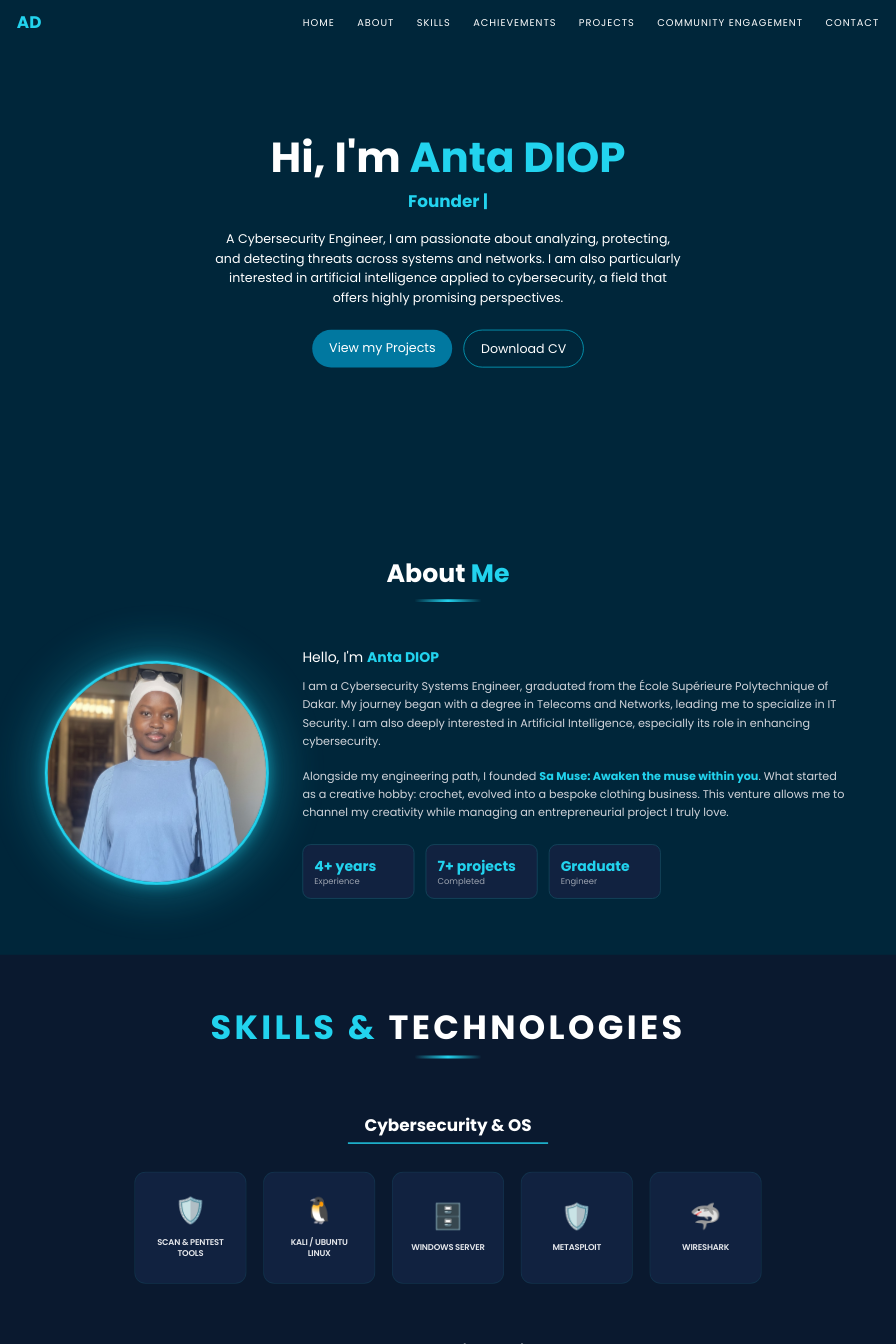
Repository: AntaaaKD/Mon-Portfolio
Page: /
The author's editor kept a copy of each file at every save. The page is drawn from the files as they stood at one save, then again after a run of saves.
The browser window is 1280 px wide. The pictures show the part of the page from y = 0 to 1920 px (the page is 8584 px tall), at 70% of full size.
The project was rebuilt for these pictures with package versions that can differ from the ones it lists, and the page was loaded fresh each time.

Above is the page before, as saved 2026-01-15 10:52:35.

### public/index.html
<!DOCTYPE html>
<html lang="en">
  <link href="https://fonts.googleapis.com/css2?family=Poppins:wght@400;600;700&display=swap" rel="stylesheet">
  <head>
    <meta charset="utf-8" />
    <link rel="icon" href="%PUBLIC_URL%/favicon.ico" />
    <meta name="viewport" content="width=device-width, initial-scale=1" />
    <meta name="theme-color" content="#000000" />
    <meta
      name="description"
      content="Web site created using create-react-app"
    />
    <link rel="apple-touch-icon" href="%PUBLIC_URL%/logo192.png" />
    <!--
      manifest.json provides metadata used when your web app is installed on a
      user's mobile device or desktop. See https://developers.google.com/web/fundamentals/web-app-manifest/
    -->
    <link rel="manifest" href="%PUBLIC_URL%/manifest.json" />
    <!--
      Notice the use of %PUBLIC_URL% in the tags above.
      It will be replaced with the URL of the `public` folder during the build.
      Only files inside the `public` folder can be referenced from the HTML.

      Unlike "/favicon.ico" or "favicon.ico", "%PUBLIC_URL%/favicon.ico" will
      work correctly both with client-side routing and a non-root public URL.
      Learn how to configure a non-root public URL by running `npm run build`.
    -->
    <title>React App</title>
  </head>
  <body>
    <noscript>You need to enable JavaScript to run this app.</noscript>
    <div id="root"></div>
    <!--
      This HTML file is a template.
      If you open it directly in the browser, you will see an empty page.

      You can add webfonts, meta tags, or analytics to this file.
      The build step will place the bundled scripts into the <body> tag.

      To begin the development, run `npm start` or `yarn start`.
      To create a production bundle, use `npm run build` or `yarn build`.
    -->
  </body>
</html>

### src/index.css
@tailwind base;
@tailwind components;
@tailwind utilities;

body {
  margin: 0;
  font-family: 'Poppins', sans-serif;
  -webkit-font-smoothing: antialiased;
  -moz-osx-font-smoothing: grayscale;
}

code {
  font-family: source-code-pro, Menlo, Monaco, Consolas, 'Courier New',
    monospace;
}

### src/components/Navbar.jsx
import React, { useState, useEffect } from 'react';
import { Menu, X } from 'lucide-react';

const Navbar = () => {
  const [isScrolled, setIsScrolled] = useState(false);
  const [isOpen, setIsOpen] = useState(false);

  // Détecter le défilement pour changer l'apparence
  useEffect(() => {
    const handleScroll = () => {
      if (window.scrollY > 100) {
        setIsScrolled(true);
      } else {
        setIsScrolled(false);
      }
    };
    window.addEventListener('scroll', handleScroll);
    return () => window.removeEventListener('scroll', handleScroll);
  }, []);

  const navLinks = [
    { name: "Home", href: "#home" },
    { name: "About", href: "#about" },
    { name: "Skills", href: "#skills" },
    { name: "Achievements", href: "#achievements" },
    { name: "Projects", href: "#projects" },
    { name: "Community Engagement", href: "#community" },
    { name: "Contact", href: "#contact" },
  ];

  return (
    <>
      {/* 1. NAVBAR CLASSIQUE (Visible en haut de page) */}
      <nav className={`fixed top-0 w-full z-50 transition-all duration-500 px-6 py-4 ${
        isScrolled ? 'opacity-0 -translate-y-full pointer-events-none' : 'opacity-100 translate-y-0 bg-transparent'
      }`}>
        <div className="max-w-7xl mx-auto flex justify-between items-center">
          <div className="text-2xl font-black text-cyan-400">AD</div>
          <div className="hidden md:flex gap-8">
            {navLinks.map((link) => (
              <a key={link.name} href={link.href} className="text-sm font-medium hover:text-cyan-400 transition-colors uppercase tracking-widest">
                {link.name}
              </a>
            ))}
          </div>
        </div>
      </nav>

      {/* 2. ICONE MENU FLOTTANT (Apparaît au scroll) */}
      <div className={`fixed top-6 right-6 z-[60] transition-all duration-500 ${
        isScrolled ? 'scale-100 opacity-100' : 'scale-0 opacity-0'
      }`}>
        <button
          onClick={() => setIsOpen(!isOpen)}
          className="w-14 h-14 bg-cyan-500 text-[#0a192f] rounded-full flex items-center justify-center shadow-[0_0_20px_rgba(34,211,238,0.5)] hover:bg-white transition-all active:scale-90"
        >
          {isOpen ? <X size={28} /> : <Menu size={28} />}
        </button>
      </div>

      {/* 3. MENU OVERLAY (Plein écran quand on clique sur l'icône) */}
      <div className={`fixed inset-0 z-[55] bg-[#0a192f]/fb backdrop-blur-xl transition-all duration-500 ${
        isOpen ? 'translate-x-0' : 'translate-x-full'
      }`}>
        <div className="h-full flex flex-col items-center justify-center gap-8">
          {navLinks.map((link) => (
            <a
              key={link.name}
              href={link.href}
              onClick={() => setIsOpen(false)}
              className="text-3xl font-bold text-white hover:text-cyan-400 transition-colors uppercase tracking-tighter"
            >
              {link.name}
            </a>
          ))}
        </div>
      </div>
    </>
  );
};

export default Navbar;

### src/components/Home.jsx
import React, { useEffect, useRef } from 'react';
import Typed from 'typed.js';

const Home = () => {
  // Création d'une référence pour l'élément qui accueillera l'animation
  const el = useRef(null);

  useEffect(() => {
    const typed = new Typed(el.current, {
      strings: [
        "Cybersecurity Engineer",
        "Founder of Sa Muse",
      ],
      typeSpeed: 100,
      backSpeed: 90,
      loop: true,
    });

    // Nettoyage de l'animation pour éviter les bugs de mémoire
    return () => {
      typed.destroy();
    };
  }, []);

  return (
    <section id="home" className="flex flex-col items-center justify-center h-screen text-center px-4">
      <h1 className="text-6xl font-bold mb-4">
        Hi, I'm <span className="text-cyan-400">Anta DIOP</span>
      </h1>

      {/* On applique la ref ici pour l'animation */}
      <h2 className="text-2xl font-bold text-cyan-400 mb-6 h-8">
        <span ref={el}></span>
      </h2>

      <p className="text-lg mb-8 max-w-2xl">
        A Cybersecurity Engineer, I am passionate about analyzing, protecting, and detecting threats across systems and networks.
        I am also particularly interested in artificial intelligence applied to cybersecurity, a field that offers highly promising perspectives.
      </p>

      <div className="flex space-x-4">
        <a href="#projects" className="bg-blue-text text-lg px-6 py-3 rounded-full hover:bg-cyan-400 transition">
            View my Projects
        </a>
        <a href="/cv.pdf" download className="px-6 py-3 rounded-full border border-cyan-500 text-lg hover:bg-cyan-500 hover:text-custom-blue transition">
            Download CV
        </a>
      </div>
    </section>
  );
};

export default Home;

### src/components/About.jsx
import React from 'react';

const About = () => {
  return (
    <section id="about" className="py-20 px-4 bg-custom-blue text-white">
      <div className="max-w-6xl mx-auto">
        {/* Titre de la section */}
        <h2 className="text-4xl font-bold text-center mb-16">
          About <span className="text-cyan-400">Me</span>
          <div className="h-1 w-24 bg-gradient-to-r from-transparent via-cyan-400 to-transparent mx-auto mt-4 rounded-full"></div>
        </h2>


        <div className="flex flex-col md:flex-row items-center justify-between gap-12">

          {/* Colonne Image avec l'effet de halo bleu */}
          <div className="relative w-64 h-64 md:w-80 md:h-80">
            <div className="absolute inset-0 rounded-full bg-cyan-400 opacity-20 blur-2xl animate-pulse"></div>
            <div className="relative w-full h-full rounded-full border-4 border-cyan-400 overflow-hidden shadow-[0_0_20px_rgba(34,211,238,0.5)]">
              <img
                src="/image1.png"
                alt="Anta DIOP"
                className="w-full h-full object-cover"
              />
            </div>
          </div>

          {/* Colonne Texte */}
          <div className="flex-1 text-center md:text-left">
            <h3 className="text-xl mb-4">
              Hello, I'm <span className="text-cyan-400 font-bold">Anta DIOP</span>
            </h3>
            <p className="text-gray-300 mb-6 leading-relaxed">
              I am a Cybersecurity Systems Engineer, graduated from the École Supérieure Polytechnique of Dakar.
              My journey began with a degree in Telecoms and Networks, leading me to specialize in IT Security.
              I am also deeply interested in Artificial Intelligence, especially its role in enhancing cybersecurity.
            </p>
            <p className="text-gray-300 mb-8 leading-relaxed">
              Alongside my engineering path, I founded <span className="text-cyan-400 font-bold"> Sa Muse: Awaken the muse within you</span>.
              What started as a creative hobby: crochet, evolved into a bespoke clothing business. This venture allows me to channel my creativity while managing an entrepreneurial project I truly love.
            </p>

            {/* Cartes de statistiques (comme sur le modèle) */}
            <div className="flex flex-wrap justify-center md:justify-start gap-4">
              <div className="bg-[#112240] p-4 rounded-xl border border-cyan-900 w-40">
                <p className="text-cyan-400 font-bold text-xl">4+ years</p>
                <p className="text-xs text-gray-400">Experience</p>
              </div>
              <div className="bg-[#112240] p-4 rounded-xl border border-cyan-900 w-40">
                <p className="text-cyan-400 font-bold text-xl">7+ projects</p>
                <p className="text-xs text-gray-400">Completed</p>
              </div>
              <div className="bg-[#112240] p-4 rounded-xl border border-cyan-900 w-40">
                <p className="text-cyan-400 font-bold text-xl">Graduate</p>
                <p className="text-xs text-gray-400">Engineer</p>
              </div>
            </div>
          </div>

        </div>
      </div>
    </section>
  );
};

export default About;

### src/components/Skills.jsx
import React from 'react';

const Skills = () => {
  const skillCategories = [
    {
      domain: "Cybersecurity & OS",
      tools: [
        { name: 'Scan & Pentest Tools', icon: '🛡️' },
        { name: 'Kali / Ubuntu Linux', icon: '🐧' },
        { name: 'Windows Server', icon: '🗄️' },
        { name: 'Metasploit', icon: '🛡️' },
        { name: 'Wireshark', icon: '🦈' }
      ]
    },
    {
      domain: "Networks & Simulation",
      tools: [
        { name: 'VLAN Deployment', icon: '🔌' },
        { name: 'DHCP / DNS / SSH', icon: '🌐' },
        { name: 'Cisco Packet Tracer', icon: '📡' },
        { name: 'GNS3', icon: '🛰️' }
      ]
    },
    {
      domain: "Programming & Web Development",
      tools: [
        { name: 'Python', icon: '🐍' },
        { name: 'JavaScript', icon: '📜' },
        { name: 'React', icon: '⚛️' },
        { name: 'HTML5 / CSS3', icon: '💻' },
        { name: 'Low Code / No Code', icon: '⚙️' },
      ]
    },
    {
      domain: "Data & Infrastructure",
      tools: [
        { name: 'Machine Learning', icon: '🧠' },
        { name: 'SQL', icon: '📊' },
        { name: 'Docker', icon: '🐳' },
        { name: 'VMware / Virtualbox', icon: '🖥️' },
        { name: 'GitHub', icon: '🐙' }
      ]
    }
  ];

  return (
    <section id="skills" className="py-20 bg-[#0a192f] text-white">
      <div className="max-w-6xl mx-auto px-4">
        <h2 className="text-5xl font-bold text-center mb-20 text-cyan-400 uppercase tracking-widest">
          Skills & <span className="text-white">Technologies</span>
          <div className="h-1 w-24 bg-gradient-to-r from-transparent via-cyan-400 to-transparent mx-auto mt-4 rounded-full"></div>
        </h2>

        <div className="space-y-20">
          {skillCategories.map((category, idx) => (
            <div key={idx} className="flex flex-col items-center">
              {/* Titre du domaine bien centré */}
              <h3 className="text-2xl font-bold mb-10 text-white border-b-2 border-cyan-400 pb-2 px-6">
                {category.domain}
              </h3>

              {/* Grille des outils centrée */}
              <div className="flex flex-wrap justify-center gap-6 w-full">
                {category.tools.map((tool, index) => (
                  <div
                    key={index}
                    className="bg-[#112240] p-6 rounded-2xl border border-cyan-900/40 flex flex-col items-center justify-center w-40 h-40 transition-all duration-300 hover:border-cyan-400 hover:-translate-y-2 hover:shadow-[0_0_20px_rgba(34,211,238,0.15)] group"
                  >
                    <div className="text-4xl mb-4 group-hover:scale-110 transition-transform">
                      {tool.icon}
                    </div>
                    <h4 className="text-xs font-semibold text-gray-200 text-center uppercase tracking-tight">
                      {tool.name}
                    </h4>
                  </div>
                ))}
              </div>
            </div>
          ))}
        </div>
      </div>
    </section>
  );
};

export default Skills;

### src/components/Community.jsx
import React from 'react';
import { Users, Globe, ShieldCheck, Heart } from 'lucide-react';

const Community = () => {
  const experiences = [
    {
      organization: "WiMLDS Dakar",
      role: "Secretary General",
      icon: <Users className="text-pink-400" />,
      description: "Community dedicated to supporting women in Machine Learning and Data Science. I oversee administration and ensure the smooth execution of all community activities and initiatives.",
      tags: ["Leadership", "Gender Diversity", "AI"]
    },
    {
      organization: "Cyber221",
      role: "Digital Ambassador",
      icon: <ShieldCheck className="text-cyan-400" />,
      description: "Promoting cybersecurity culture and digital education in Senegal. Focused on online safety for children and fostering responsible digital behavior among citizens.",
      tags: ["Cyber Awareness", "Education", "Digital Safety"]
    },
    {
      organization: "Galsen AI",
      role: "MeetUp & Program Organizer",
      icon: <Globe className="text-blue-400" />,
      description: "Coordinating workshops and conferences focused on AI, Big Data, and IoT. Managing logistics and collaborating with speakers to enrich the tech ecosystem in Senegal.",
      tags: ["Event Planning", "AI Outreach", "Networking"]
    },
    {
      organization: "Association Xeweul bi",
      role: "Active Member",
      icon: <Heart className="text-red-400" />,
      description: "Providing holistic support to homeless and underprivileged individuals. Working to restore dignity and social integration through essential needs assistance.",
      tags: ["Social Impact", "Volunteerism", "Community"]
    }
  ];

  return (
    <section id="community" className="w-full py-24 bg-transparent text-white">
      <div className="max-w-6xl mx-auto px-4">

        <div className="text-center mb-16">
          <h2 className="text-5xl font-extrabold text-cyan-400  tracking-tighter">
            Community  <span className="text-white">Engagement</span>

          <div className="h-1 w-24 bg-gradient-to-r from-transparent via-cyan-400 to-transparent mx-auto mt-4 rounded-full"></div>
          </h2>
          <p className="text-gray-400 mt-4 italic">Active involvement in promoting technology, cybersecurity, and social impact within the Senegalese ecosystem.</p>
        </div>


        <div className="grid grid-cols-1 md:grid-cols-2 gap-8">
          {experiences.map((exp, index) => (
            <div
              key={index}
              className="bg-[#112240] p-8 rounded-2xl border border-cyan-900/30 hover:border-cyan-400/50 transition-all duration-300 shadow-xl group"
            >
              <div className="flex items-start gap-6">
                <div className="p-4 bg-[#0a192f] rounded-xl group-hover:scale-110 transition-transform shadow-inner">
                  {exp.icon}
                </div>

                <div className="flex-1">
                  <h3 className="text-2xl font-bold text-white group-hover:text-cyan-400 transition-colors">
                    {exp.organization}
                  </h3>
                  <h4 className="text-cyan-500 font-medium mb-4 italic">
                    {exp.role}
                  </h4>
                  <p className="text-gray-400 text-sm leading-relaxed mb-6">
                    {exp.description}
                  </p>

                  <div className="flex flex-wrap gap-2">
                    {exp.tags.map((tag, i) => (
                      <span key={i} className="text-[10px] font-mono text-cyan-300 bg-cyan-900/20 border border-cyan-800 px-2 py-1 rounded">
                        {tag}
                      </span>
                    ))}
                  </div>
                </div>
              </div>
            </div>
          ))}
        </div>
      </div>
    </section>
  );
};

export default Community;

### src/components/Contact.jsx
import React from 'react';
import { Mail, Linkedin, Github, ExternalLink } from 'lucide-react';

const Contact = () => {
  const contactLinks = [
    {
      name: "Email",
      value: "Soxna Anta",
      icon: <Mail size={28} />,
      link: "mailto:soxnaanta844@gmail.com",
      color: "hover:text-red-400"
    },
    {
      name: "LinkedIn",
      value: "Anta DIOP",
      icon: <Linkedin size={28} />,
      link: "https://www.linkedin.com/in/anta-diop-2332092a1/",
      color: "hover:text-blue-400"
    },
    {
      name: "GitHub",
      value: "AntaaaKD",
      icon: <Github size={28} />,
      link: "https://github.com/AntaaaKD",
      color: "hover:text-gray-400"
    }
  ];

  return (
    <section id="contact" className="w-full py-24 bg-[#0a192f] text-white">
      <div className="max-w-4xl mx-auto px-4 text-center">
        <h2 className="text-5xl font-extrabold text-cyan-400 mb-6 tracking-tighter">
          Let's <span className="text-white">Connect</span>
        </h2>

        <p className="text-gray-400 mb-16 max-w-2xl mx-auto text-lg">
          I'm always open to discussing <span className="text-cyan-400">Cybersecurity</span> research,
          AI projects, or professional opportunities.
        </p>

        <div className="grid grid-cols-1 md:grid-cols-3 gap-8">
          {contactLinks.map((contact, index) => (
            <a
              key={index}
              href={contact.link}
              target="_blank"
              rel="noopener noreferrer"
              className={`bg-[#112240] p-10 rounded-3xl border border-cyan-900/30 transition-all duration-300 group shadow-xl flex flex-col items-center hover:border-cyan-400/50 hover:-translate-y-3`}
            >
              {/* Icône avec cercle de fond */}
              <div className="w-16 h-16 bg-[#0a192f] rounded-2xl flex items-center justify-center mb-6 text-cyan-400 group-hover:scale-110 group-hover:bg-cyan-400 group-hover:text-[#0a192f] transition-all duration-300 shadow-inner">
                {contact.icon}
              </div>

              <h3 className="text-xl font-bold mb-2 text-white">{contact.name}</h3>
              <p className="text-gray-400 text-sm mb-4 break-all">{contact.value}</p>

              {/* Petit indicateur d'action */}
              <div className="flex items-center text-xs font-bold text-cyan-500 uppercase tracking-widest opacity-0 group-hover:opacity-100 transition-opacity">
                <span>Contact Me</span>
                <ExternalLink size={12} className="ml-2" />
              </div>
            </a>
          ))}
        </div>

        {/* Footer simple */}
        <div className="mt-32 pt-10 border-t border-cyan-900/20 text-gray-500 text-sm">
          <p>© {2025} — Made with love by Anta DIOP❤️</p>
          <p>Well, there you have it, now you know everything about me... 😎✌🏽️😂</p>
        </div>
      </div>
    </section>
  );
};

export default Contact;

Loaded but not shown: src/index.js (common file); src/reportWebVitals.js (common file); src/App.js (28 lines, source omitted); tailwind.config.js (15 lines, source omitted); src/components/Projects.jsx (110 lines, source omitted); src/components/Achievements.jsx (104 lines, source omitted)

After the next 2 saves:
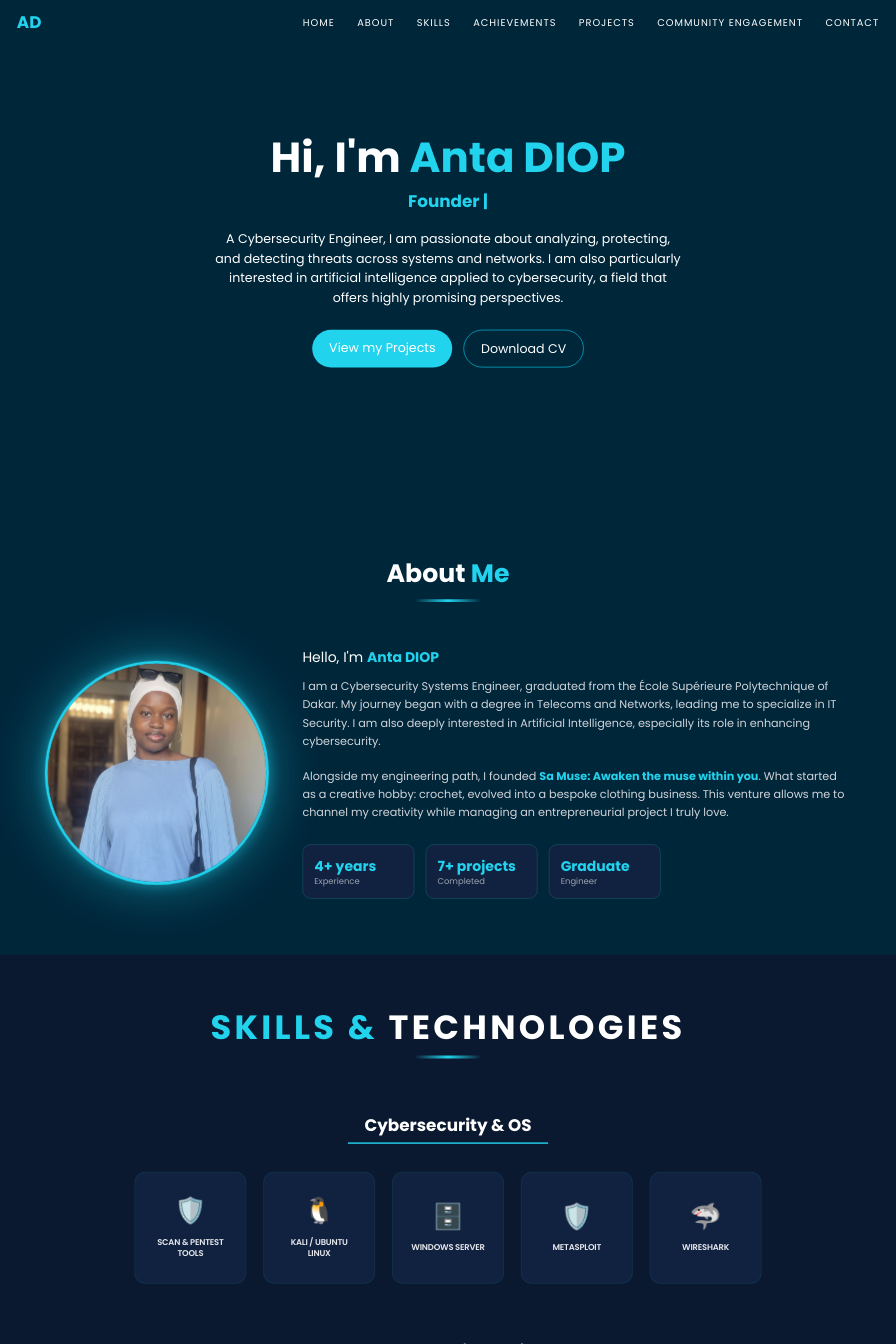
The 2 saves are shown as one change because they came seconds apart.
The last was saved 49 s later.
--- a/src/components/Home.jsx
+++ b/src/components/Home.jsx
@@ -39,7 +39,7 @@ const Home = () => {
       </p>
 
       <div className="flex space-x-4">
-        <a href="#projects" className="bg-blue-text text-lg px-6 py-3 rounded-full hover:bg-cyan-400 transition">
+        <a href="#projects" className="bg-cyan-400 text-lg px-6 py-3 rounded-full hover:bg-cyan-400 transition">
             View my Projects
         </a>
         <a href="/cv.pdf" download className="px-6 py-3 rounded-full border border-cyan-500 text-lg hover:bg-cyan-500 hover:text-custom-blue transition">
